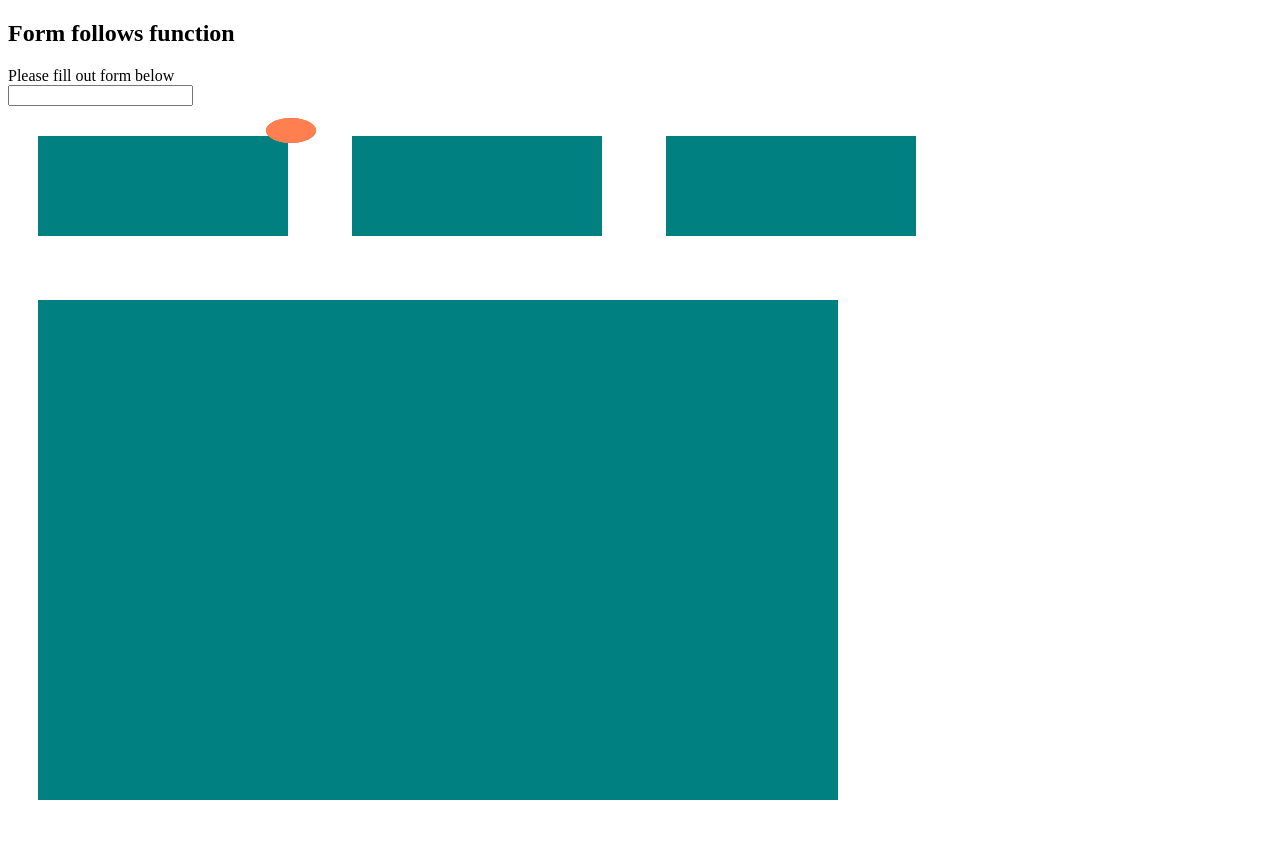
Repository: MelindaN14/Coursework
Page: block10/index.html
The author's editor kept a copy of each file at every save. The page is drawn from the files as they stood at one save, then again after the next save.
The browser window is 1280 px wide. The pictures show the whole page.

Above is the page before, as saved 2024-03-27 22:47:51.

### block10/index.html
<!DOCTYPE html>
<html lang="en">
  <head>
    <meta charset="UTF-8" />
    <meta name="viewport" content="width=device-width, initial-scale=1.0" />
    <link rel="stylesheet" href="index.css" />
    <title>Document</title>
  </head>
  <body>
    <section>
      <h1>Form follows function</h1>
    </section>
    <label for="form">Please fill out form below</label>
    <form action="" name="form">
      <input type="text" name="" id="" />
    </form>
    <!-- the rectangle boxes -->
    <div class="rectangle"></div>
    <div class="rectangle"></div>
    <div class="rectangle"></div>
    <!-- Circles -->
    <div class="smallcircle"></div>
    <div class="smallcircle"></div>
    <div class="smallcircle"></div>
    <!--  Triangle -->
    <div class="triangle"></div>
    <div class="triangle"></div>
    <div class="triangle"></div>
    <!-- Large rectangle -->
    <div class = "lrectangle"></div>
  </body>
</html>

### block10/index.css
/* p:hover {
  background-color: aqua;
}
li:nth-child(even) {
  color: aquamarine;
}
section {
  height: 100%;
  border: 1px solid black;
}
h1 {
  color: palevioletred;
  text-align: center;
  text-decoration: underline;
}
form {
  color: #cdb4db;
  padding: 10px;
}
.wrap {
  width: 100%;
  height: 300px;
  position: relative;
}
.center {
  width: 200px;
  height: 200px;
  border-radius: 999px;
  position: absolute;
  top: 50px;
}
.circle {
  background: pink;
  border-radius: 50%;
  width: 60px;
  height: 60px;
}

.triangle {
  background: yellow;
  margin-top: -20px;
  width: 0;
  height: 0;
  border-top: 80px;
  solid: #135d30;
  border-left: 44px solid transparent;
  border-right: 44px solid transparent;
}
body {
  background-color: #cdb4db;
  width: 100%;
  height: 100%;
}
#container {
  margin: 20px;
  border: 5px solid violet;
  padding: 20px;
  height: 760 px;
  display: flex;
} */
/* top 3 Rectangles */
.rectangle {
  width:250px;
  height:100px;
  background-color:teal;
  margin: 30px;
  display: inline-block;
  box-sizing: border-box;
}
/* Large rectangle */
.lrectangle {
  width: 800px;
  height:500px;
  background-color: teal;
  margin: 30px;
  display: inline-block;
  box-sizing: border-box;
}
/* circles */
.smallcircle {
  position:absolute;
  top:15%;
  left: 20%;
  transform:translate(-%, -75%);
  width: 50px;
  height: 25px;
  /* to make a circle border-radius*/
  border-radius: 70%;
  background-color: coral;
  margin:10px;
  display:over;
}

After the next save:
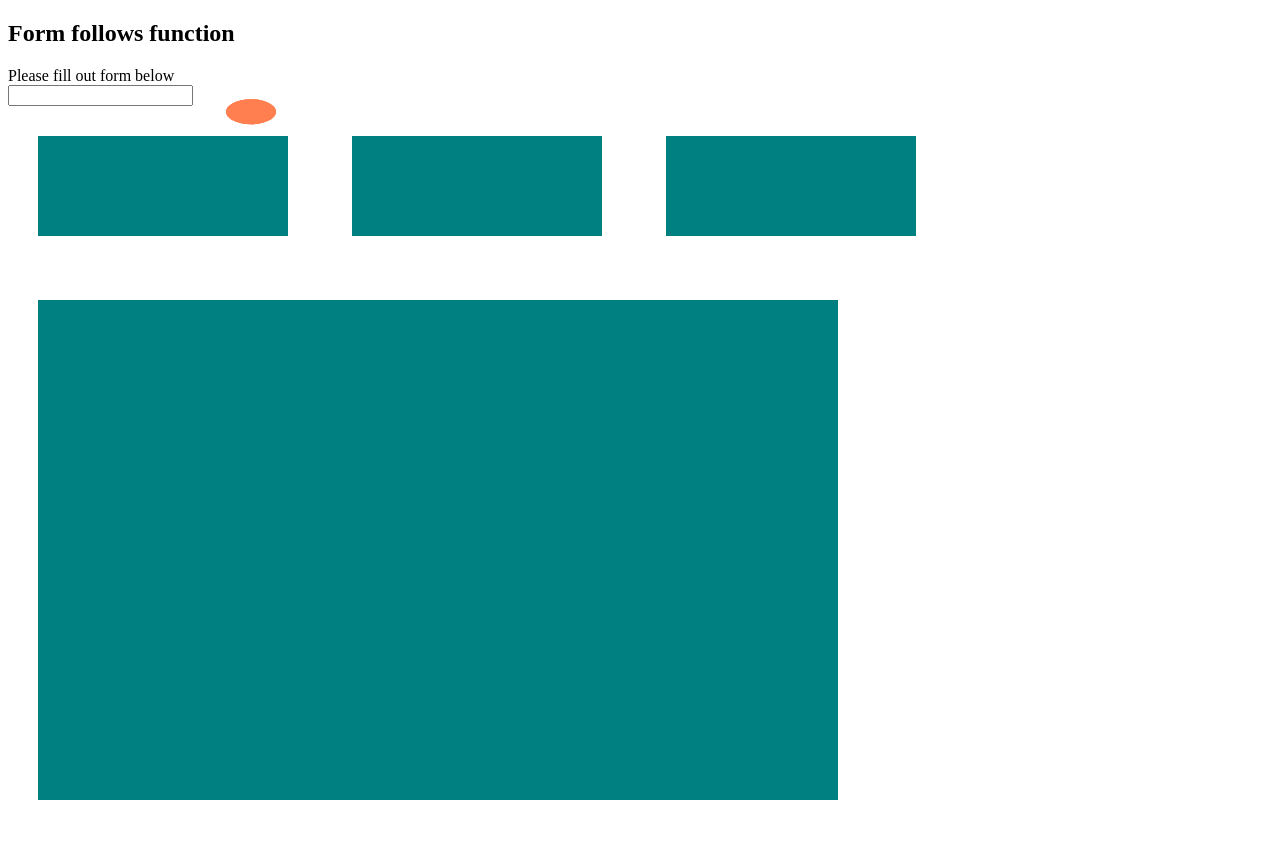
Saved 2 s later.
--- a/block10/index.css
+++ b/block10/index.css
@@ -81,7 +81,7 @@ body {
   position:absolute;
   top:15%;
   left: 20%;
-  transform:translate(-%, -75%);
+  transform:translate(-80%, -75%);
   width: 50px;
   height: 25px;
   /* to make a circle border-radius*/
